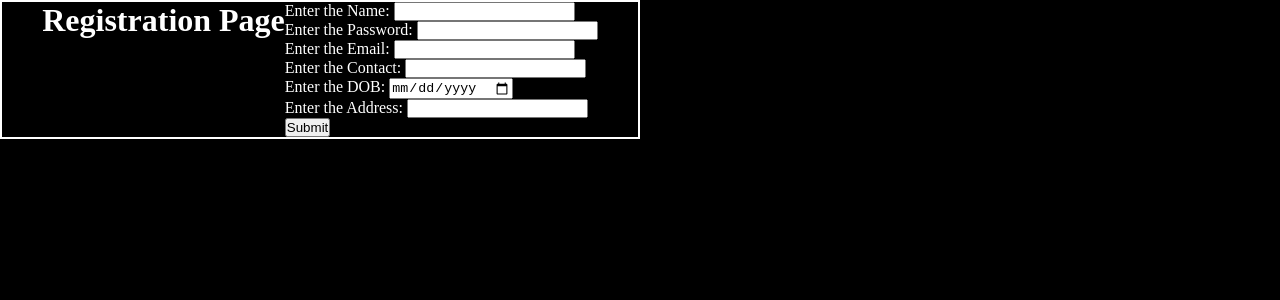
Repository: Pradeep4802/utopiatech
Page: eclipse-workspace/OwnServlet/src/main/webapp/Home.html
These files come from the project's save history. The page is drawn as it stood at one moment and after the next save; the edit follows.
The browser window is 1280 px wide. The pictures show the whole page.

Above is the page before, as saved 2023-10-09 10:02:22.

After the next save:
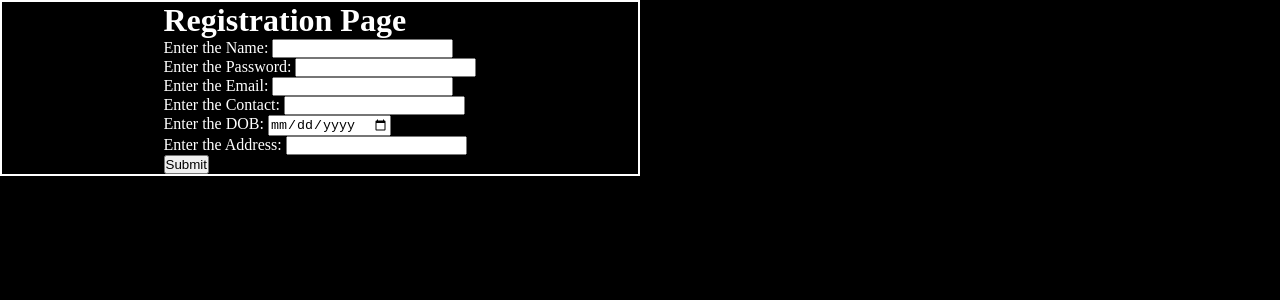
Saved 20 s later.
--- a/eclipse-workspace/OwnServlet/src/main/webapp/Home.html
+++ b/eclipse-workspace/OwnServlet/src/main/webapp/Home.html
@@ -4,53 +4,48 @@
 <meta charset="UTF-8">
 <title>Form</title>
 <style>
-	* {
-		margin: 0;
-		padding: 0;
-		box-sizing : border-box;
-	}
+* {
+	margin: 0;
+	padding: 0;
+	box-sizing: border-box;
+}
 
-	body {
-		background: black;
-	}
+body {
+	background: black;
+}
 
-	.container {
-		border: 2px solid white;
-		width: 50%;
-		display: flex;
-		justify-content: center;
-	}
+.container {
+	border: 2px solid white;
+	width: 50%;
+	display: flex;
+	justify-content: center;
+}
 
-	.container h1 {
-		color: white;
-	}
+.container form h1 {
+	color: white;
+}
 
-	label {
-		color: white;
-	}
-
-
+label {
+	color: white;
+}
 </style>
 </head>
 <body>
 	<div class="container">
-		<h1>Registration Page</h1>
 		<form action="" method="get">
+			<h1>Registration Page</h1>
 
 			<label for="user_name">Enter the Name: <input type="text"
-				name="user_name" /></label><br>
-			<label for="user_pass">Enter the Password: <input type="password"
-				name="user_pass" /></label><br>
-			<label for="user_email">Enter the Email: <input type="email"
-				name="user_email" /></label><br>
-			<label for="user_contact">Enter the Contact: <input type="number"
-				name="user_contact" /></label><br>
-			<label for="user_dob">Enter the DOB: <input type="date"
-				name="user_dob" /></label><br>
-			<label for="user_address">Enter the Address: <input type="text"
-				name="user_address" /></label>
-				<br>
-			<input type="submit" value="Submit" />
+				name="user_name" /></label><br> <label for="user_pass">Enter
+				the Password: <input type="password" name="user_pass" />
+			</label><br> <label for="user_email">Enter the Email: <input
+				type="email" name="user_email" /></label><br> <label
+				for="user_contact">Enter the Contact: <input type="number"
+				name="user_contact" /></label><br> <label for="user_dob">Enter
+				the DOB: <input type="date" name="user_dob" />
+			</label><br> <label for="user_address">Enter the Address: <input
+				type="text" name="user_address" /></label> <br> <input type="submit"
+				value="Submit" />
 
 		</form>
 	</div>
